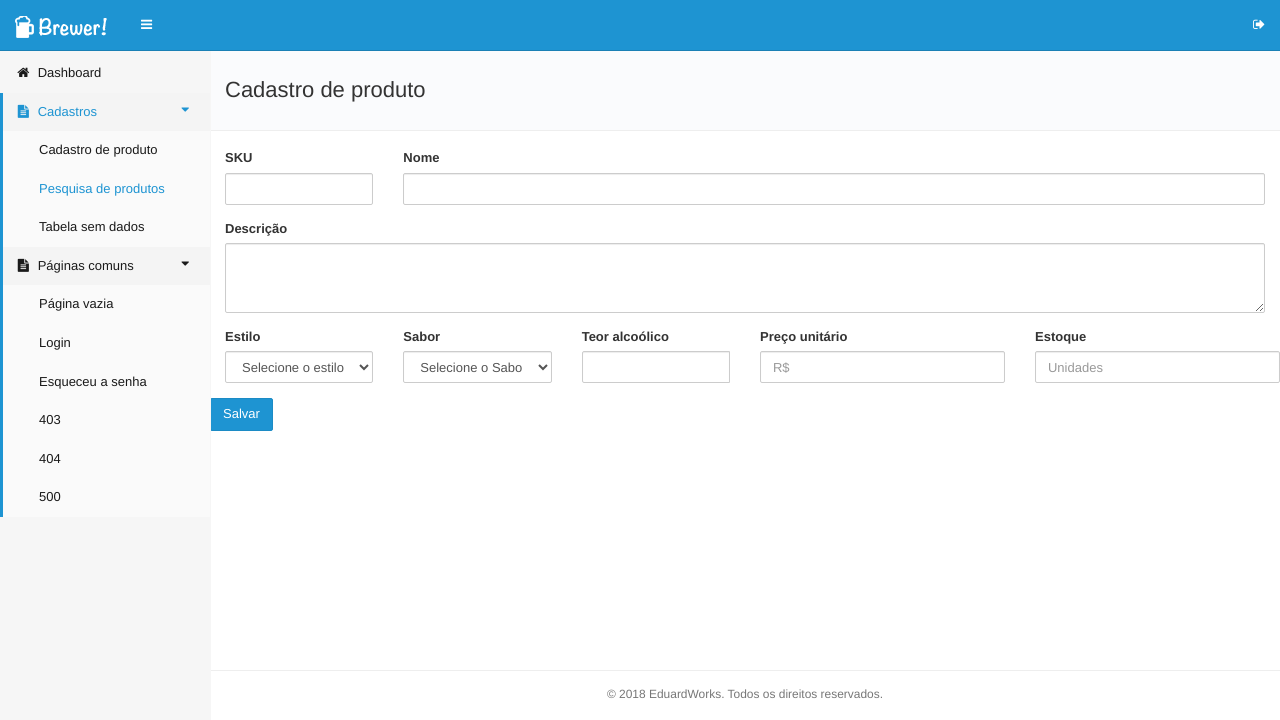
Repository: dumuller/spring-expert
Page: http://localhost/cerveja/CadastroCerveja
These files come from the project's save history. The page is drawn as it stood at one moment and after the next save; the edit follows.
The browser window is 1280 px wide. The pictures show the whole page.
The page is this project's Thymeleaf template; nobody is signed in. The template is opened directly, without the code that normally fills it, so the values that code supplies are empty.

Above is the page before, as saved 2018-12-10 16:40:12.

### brewer/src/main/resources/templates/cerveja/CadastroCerveja.html
<!DOCTYPE html>
<html lang="pt"xmlns="http://www.w3.org/1999/xhtml "
	           xmlns:th="http://www.thymeleaf.org">
<head>
	<meta charset="UTF-8"/>
	<meta http-equiv="X-UA-Compatible" content="IE=edge"/>
	<meta name="viewport" content="width=device-width, initial-scale=1"/>

	<title>Brewer</title>

	<link rel="stylesheet" type="text/css" href="/brewer/layout/stylesheets/vendors.min.css"/>
	<link rel="stylesheet" type="text/css" href="/brewer/layout/stylesheets/algaworks.min.css"/>
	<link rel="stylesheet" type="text/css" href="/brewer/layout/stylesheets/application.css"/>

	<!-- HTML5 shim and Respond.js for IE8 support of HTML5 elements and media queries -->
	<!-- WARNING: Respond.js doesn't work if you view the page via file:// -->
	<!--[if lt IE 9]>
		<script src="https://oss.maxcdn.com/html5shiv/3.7.2/html5shiv.min.js"></script>
		<script src="https://oss.maxcdn.com/respond/1.4.2/respond.min.js"></script>
	<![endif]-->
</head>
<body>

	<div class="aw-layout-page">


	<nav class="navbar  navbar-fixed-top  navbar-default  js-sticky-reference" id="main-navbar">
	  <div class="container-fluid">

	    <div class="navbar-header">
	      <a class="navbar-brand  hidden-xs" href="#">
	        <img alt="AlgaWorks" src="/brewer/images/logo.png"/>
	      </a>

	      <ul class="nav  navbar-nav">
	        <li>
	          <a href="#" class="js-sidebar-toggle"><i class="fa  fa-bars"></i></a>
	        </li>
	      </ul>
	    </div>

	    <ul class="nav navbar-nav  navbar-right">

	      <li>
	        <a href="#"><em class="fa  fa-sign-out"></em></a>
	      </li>
	    </ul>

	  </div>
	</nav>

	<aside class="aw-layout-sidebar  js-sidebar">
		<div class="aw-layout-sidebar__content">

	    	<nav class="aw-menu  js-menu">
	      		<ul class="aw-menu__list">

	        	<li class="aw-menu__item">
	         	 	<a href="dashboard.html"><i class="fa  fa-fw  fa-home"></i><span>Dashboard</span></a>
	       		</li>

	        	<li class="aw-menu__item  is-active">
	          	<a href="#">
	            	<i class="fa  fa-fw  fa-file-text"></i><span>Cadastros</span>
	            	<i class="aw-menu__navigation-icon  fa"></i>
	          	</a>

	          	<ul class="aw-menu__list  aw-menu__list--sublist">
	            	<li class="aw-menu__item  aw-menu__item--link"><a href="cadastro-produto.html">Cadastro de produto</a></li>
	            	<li class="aw-menu__item  aw-menu__item--link  is-active"><a href="pesquisa-produtos.html">Pesquisa de produtos</a></li>
	            	<li class="aw-menu__item  aw-menu__item--link"><a href="tabela-sem-dados.html">Tabela sem dados</a></li>
	          	</ul>
	        	</li>

	        	<li class="aw-menu__item  is-expanded">
	          	<a href="#">
	            	<i class="fa  fa-fw  fa-file-text"></i><span>Páginas comuns</span>
	            	<i class="aw-menu__navigation-icon  fa"></i>
	          	</a>

	          	<ul class="aw-menu__list  aw-menu__list--sublist">
	            	<li class="aw-menu__item  aw-menu__item--link"><a href="pagina-vazia.html">Página vazia</a></li>
	            	<li class="aw-menu__item  aw-menu__item--link"><a href="login.html">Login</a></li>
	            	<li class="aw-menu__item  aw-menu__item--link"><a href="esqueceu-a-senha.html">Esqueceu a senha</a></li>
	            	<li class="aw-menu__item  aw-menu__item--link"><a href="403.html">403</a></li>
	            	<li class="aw-menu__item  aw-menu__item--link"><a href="404.html">404</a></li>
	            	<li class="aw-menu__item  aw-menu__item--link"><a href="500.html">500</a></li>
	          	</ul>
	        	</li>

	      		</ul>
	    	</nav>

		</div>
	</aside>

	<section class="aw-layout-content  js-content">


		<div class="page-header">
			<div class="container-fluid">
				<h1>
					Cadastro de produto
				</h1>
			</div>
		</div>

		<div class="container-fluid">

			<!-- <div class="alert  alert-danger  alert-dismissible" role="alert">
				<button type="button" class="close" data-dismiss="alert" aria-label="Close"><span aria-hidden="true">&times;</span></button>
				<i class="fa  fa-exclamation-circle"></i> Já existe um produto com o nome informado.
			</div> -->

			<form method="POST" th:object="${cerveja}" class="form-vertical  js-form-loading">
				<div class="row">
						<div class="col-sm-2 form-group">
							<label for="sku">SKU</label>
							<input id="sku" type="text" class="form-control"/>
						</div>

						<div class="col-sm-10 form-group">
							<label for="nome">Nome</label>
							<input id="nome" type="text" class="form-control"></input>
						</div>

				</div>

				<div class="form-group">
					<label for="descricao">Descrição</label>
					<textarea id="descricao" rows="3" class="form-control"></textarea>
				</div>

				<div class="row">
						<div class="col-sm-2 form-group">
							<label for="estilo">Estilo</label>
							<select id="estilo" class="form-control">
								<option value="">Selecione o estilo</option>
								<option value="1">Pale Ale</option>
								<option value="2">Pilsen</option>
								<option value="3">Weiss</option>
								<option value="4">IPA</option>
							</select>
						</div>

						<div class="col-sm-2 form-group">
							<label for="sabor">Sabor</label>
							<select id="sabor" class="form-control">
								<option value="">Selecione o Sabor</option>
								<option value="1">Trigo</option>
								<option value="2">Frutada</option>
								<option value="3">Puro Malte</option>
							</select>
						</div>

						<div class="col-sm-2 form-group">
							<label for="teorAlcoolico">Teor alcoólico</label>
							<div class="input-group">
								<input id="teorAlcoolico" type="text" class="form-control"/>
								<div></div>
						</div>

				</div>

				<div class="row">
					<div class="col-sm-3">
						<div class="form-group">
							<label for="input-produto-preco">Preço unitário</label>
							<input id="input-produto-preco" type="text" class="form-control" placeholder="R$"/>
						</div>
					</div>

					<div class="col-sm-3">
						<div class="form-group">
							<label for="input-produto-estoque">Estoque</label>
							<input id="input-produto-estoque" type="text" class="form-control" placeholder="Unidades"/>
						</div>
					</div>
				</div>

				<div class="form-group">
					<button class="btn  btn-primary" type="submit">Salvar</button>
				</div>

			</form>
		</div>

	</section>

	<footer class="aw-layout-footer  js-content">
		<div class="container-fluid">
			<span class="aw-footer-disclaimer">&copy; 2018 EduardWorks. Todos os direitos reservados.</span>
		</div>
	</footer>

</div>

<script src="/brewer/layout/javascripts/vendors.min.js"></script>
<script src="/brewer/layout/javascripts/algaworks.min.js"></script>

</body>
</html>

### brewer/src/main/resources/static/layout/stylesheets/application.css
.table-pesq-produto-col-preco {
  min-width: 130px;
  text-align: center;
  display: none !important;
}
@media (min-width: 992px) {
  .table-pesq-produto-col-preco {
    display: block !important;
  }
  table.table-pesq-produto-col-preco {
    display: table !important;
  }
  tr.table-pesq-produto-col-preco {
    display: table-row !important;
  }
  th.table-pesq-produto-col-preco,
  td.table-pesq-produto-col-preco {
    display: table-cell !important;
  }
}
.table-pesq-produto-col-estoque {
  min-width: 100px;
  text-align: center;
  display: none !important;
}
@media (min-width: 992px) {
  .table-pesq-produto-col-estoque {
    display: block !important;
  }
  table.table-pesq-produto-col-estoque {
    display: table !important;
  }
  tr.table-pesq-produto-col-estoque {
    display: table-row !important;
  }
  th.table-pesq-produto-col-estoque,
  td.table-pesq-produto-col-estoque {
    display: table-cell !important;
  }
}
.table-pesq-produto-col-status {
  min-width: 100px;
  text-align: center;
}
.table-pesq-produto-col-acoes {
  min-width: 105px;
  text-align: center;
}

Loaded but not shown: brewer/src/main/resources/static/layout/stylesheets/vendors.min.css (library); brewer/src/main/resources/static/layout/stylesheets/algaworks.min.css (library); brewer/src/main/resources/static/layout/javascripts/vendors.min.js (library); brewer/src/main/resources/static/layout/javascripts/algaworks.min.js (common file)

After the next save:
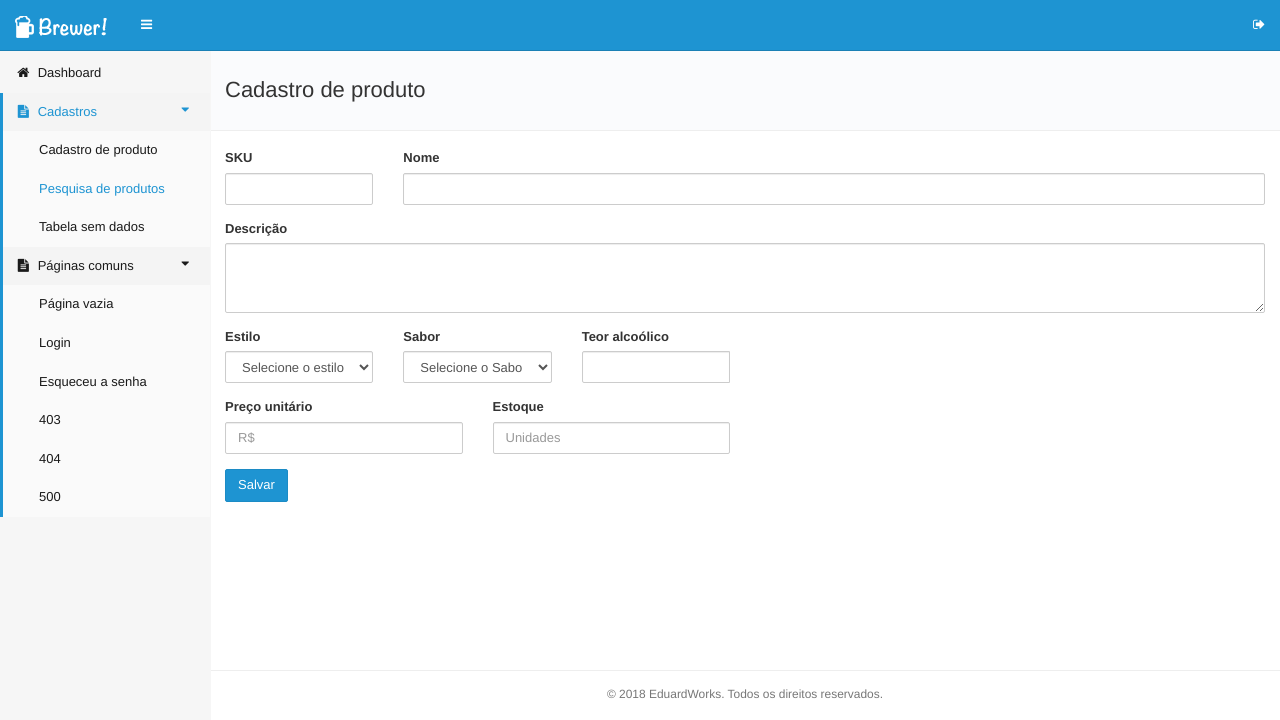
Saved 34 s later.
--- a/brewer/src/main/resources/templates/cerveja/CadastroCerveja.html
+++ b/brewer/src/main/resources/templates/cerveja/CadastroCerveja.html
@@ -158,8 +158,9 @@
 							<div class="input-group">
 								<input id="teorAlcoolico" type="text" class="form-control"/>
 								<div></div>
-						</div>
-
+							</div>
+
+						</div>
 				</div>
 
 				<div class="row">
